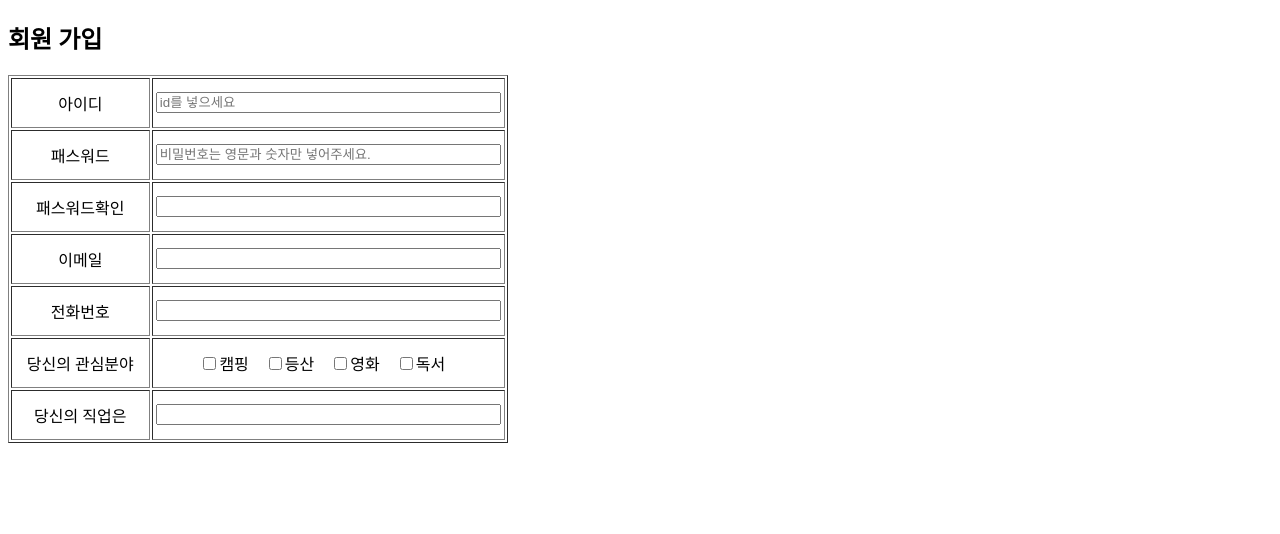
Repository: mungkeu/JSP_Web
Page: http://localhost/DataBase/MemberJoin.jsp
These files come from the project's save history. The page is drawn as it stood at one moment and after the next save; the edit follows.
The browser window is 1280 px wide. The pictures show the whole page.
The page is served by Tomcat 9.

Above is the page before, as saved 2022-08-01 22:54:34.

After the next save:
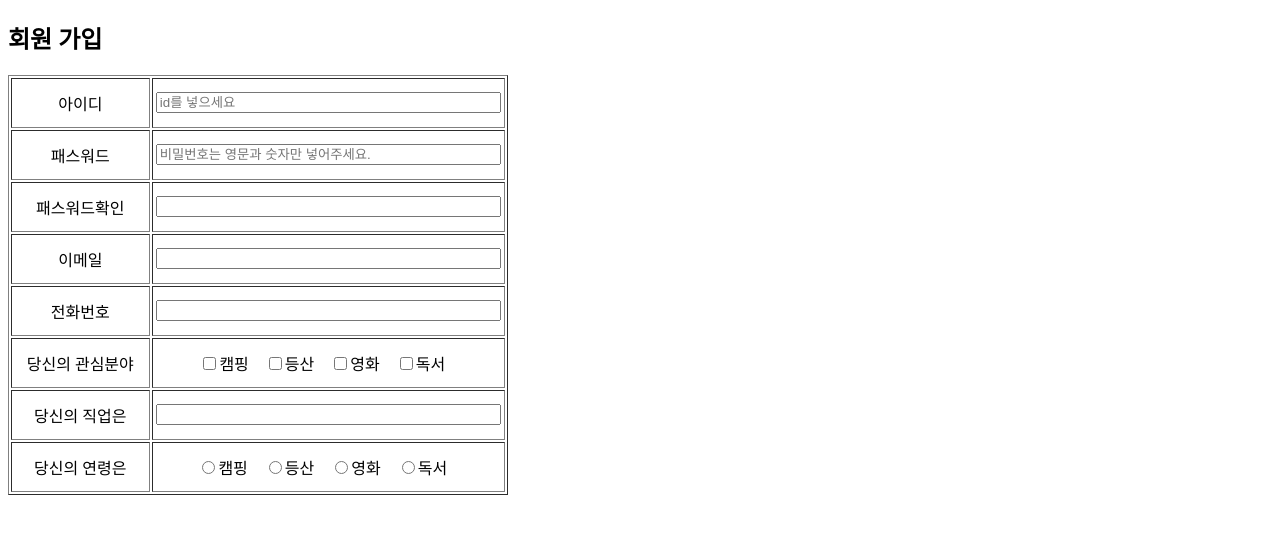
Saved 2 min 4 s later.
--- a/DataBase/src/main/webapp/MemberJoin.jsp
+++ b/DataBase/src/main/webapp/MemberJoin.jsp
@@ -43,6 +43,15 @@
 		<td width="150" align="center">당신의 직업은</td>
 		<td width="350" align="center"><input type="text" name="id" size="40"
 	</tr>
+	<tr height="50">
+		<td width="150" align="center">당신의 연령은</td>
+		<td width="350" align="center">
+		<input type="radio" name="age" value="캠핑">캠핑 &nbsp;&nbsp;
+		<input type="radio" name="age" value="등산">등산 &nbsp;&nbsp;
+		<input type="radio" name="age" value="영화">영화 &nbsp;&nbsp;
+		<input type="radio" name="age" value="독서">독서 &nbsp;&nbsp;
+		</td>
+	</tr>
 	</table>
 	</form>
 </body>
